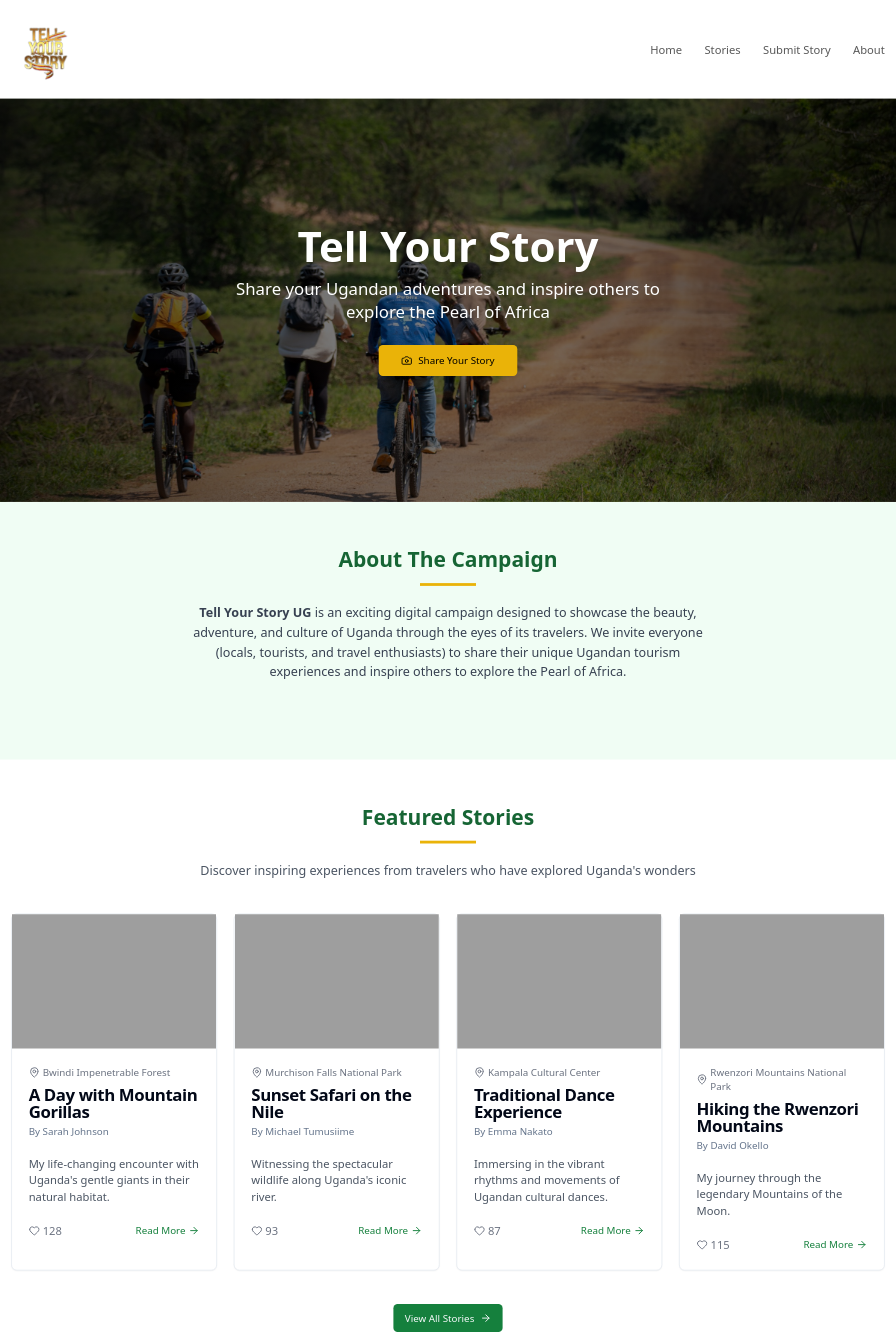
Repository: kaizoku010/take.part
Page: /
The author's editor kept a copy of each file at every save. The page is drawn from the files as they stood at one save, then again after a run of saves.
The browser window is 1280 px wide. The pictures show the part of the page from y = 0 to 1920 px (the page is 3364 px tall), at 70% of full size.
Pictures or frames that could not be fetched are drawn as grey boxes. The project was rebuilt for these pictures with package versions that can differ from the ones it lists, and the page was loaded fresh each time. Also part of the build but not shown: vite.config.ts, src/components/ui/tooltip.tsx, src/pages/About.tsx, src/components/ui/input.tsx, src/pages/Stories.tsx, src/pages/StoryDetail.tsx, src/components/ui/use-toast.ts, src/components/ui/label.tsx and 3 more.

Above is the page before, as saved 2025-04-14 14:07:17.

### index.html

<!DOCTYPE html>
<html lang="en">
  <head>
    <meta charset="UTF-8" />
    <meta name="viewport" content="width=device-width, initial-scale=1.0" />
    <title>Tell Your Story UG - Explore Uganda</title>
    <meta name="description" content="Share your Ugandan tourism experiences and inspire others to explore the Pearl of Africa" />
    <meta name="author" content="Explore Uganda Campaign" />

    <meta property="og:title" content="Tell Your Story UG - Explore Uganda" />
    <meta property="og:description" content="Share your Ugandan tourism experiences and inspire others to explore the Pearl of Africa" />
    <meta property="og:type" content="website" />
    <meta property="og:image" content="https://lovable.dev/opengraph-image-p98pqg.png" />

    <meta name="twitter:card" content="summary_large_image" />
    <meta name="twitter:site" content="@lovable_dev" />
    <meta name="twitter:image" content="https://lovable.dev/opengraph-image-p98pqg.png" />

    <!-- Meta Pixel Code -->
    <script>
    !function(f,b,e,v,n,t,s)
    {if(f.fbq)return;n=f.fbq=function(){n.callMethod?
    n.callMethod.apply(n,arguments):n.queue.push(arguments)};
    if(!f._fbq)f._fbq=n;n.push=n;n.loaded=!0;n.version='2.0';
    n.queue=[];t=b.createElement(e);t.async=!0;
    t.src=v;s=b.getElementsByTagName(e)[0];
    s.parentNode.insertBefore(t,s)}(window, document,'script',
    'https://connect.facebook.net/en_US/fbevents.js');
    fbq('init', '1846327909352916');
    fbq('track', 'PageView');
    </script>
    <!-- End Meta Pixel Code -->
  </head>

  <body>
    <div id="root"></div>
    <!-- Facebook Pixel noscript -->
    <noscript><img height="1" width="1" style="display:none"
    src="https://www.facebook.com/tr?id=1846327909352916&ev=PageView&noscript=1"
    /></noscript>
    <!-- IMPORTANT: DO NOT REMOVE THIS SCRIPT TAG OR THIS VERY COMMENT! -->
    <script src="https://cdn.gpteng.co/gptengineer.js" type="module"></script>
    <script type="module" src="/src/main.tsx"></script>
  </body>
</html>

### src/App.tsx

import { Toaster } from "@/components/ui/toaster";
import { Toaster as Sonner } from "@/components/ui/sonner";
import { TooltipProvider } from "@/components/ui/tooltip";
import { QueryClient, QueryClientProvider } from "@tanstack/react-query";
import { BrowserRouter, Routes, Route } from "react-router-dom";
import Home from "./pages/Home";
import About from "./pages/About";
import Stories from "./pages/Stories";
import StoryDetail from "./pages/StoryDetail";
import SubmitStory from "./pages/SubmitStory";
import NotFound from "./pages/NotFound";
import "./mdx.css";

const queryClient = new QueryClient();

const App = () => (
  <QueryClientProvider client={queryClient}>
    <TooltipProvider>
      <Toaster />
      <Sonner />
      <BrowserRouter>
        <Routes>
          <Route path="/" element={<Home />} />
          <Route path="/about" element={<About />} />
          <Route path="/stories" element={<Stories />} />
          <Route path="/stories/:id" element={<StoryDetail />} />
          <Route path="/submit-story" element={<SubmitStory />} />
          {/* ADD ALL CUSTOM ROUTES ABOVE THE CATCH-ALL "*" ROUTE */}
          <Route path="*" element={<NotFound />} />
        </Routes>
      </BrowserRouter>
    </TooltipProvider>
  </QueryClientProvider>
);

export default App;

### src/index.css
@tailwind base;
@tailwind components;
@tailwind utilities;

@layer base {
  :root {
    --background: 0 0% 100%;
    --foreground: 222.2 84% 4.9%;

    --card: 0 0% 100%;
    --card-foreground: 222.2 84% 4.9%;

    --popover: 0 0% 100%;
    --popover-foreground: 222.2 84% 4.9%;

    --primary: 41.81deg 100% 49.8%;
    --primary-foreground: 210 40% 98%;

    --secondary: 210 40% 96.1%;
    --secondary-foreground: 222.2 47.4% 11.2%;

    --muted: 210 40% 96.1%;
    --muted-foreground: 215.4 16.3% 46.9%;

    --accent: 210 40% 96.1%;
    --accent-foreground: 222.2 47.4% 11.2%;

    --destructive: 0 84.2% 60.2%;
    --destructive-foreground: 210 40% 98%;

    --border: 214.3 31.8% 91.4%;
    --input: 214.3 31.8% 91.4%;
    --ring: 222.2 84% 4.9%;

    --radius: 0.5rem;

    --sidebar-background: 0 0% 98%;

    --sidebar-foreground: 240 5.3% 26.1%;

    --sidebar-primary: 240 5.9% 10%;

    --sidebar-primary-foreground: 0 0% 98%;

    --sidebar-accent: 240 4.8% 95.9%;

    --sidebar-accent-foreground: 240 5.9% 10%;

    --sidebar-border: 220 13% 91%;

    --sidebar-ring: 217.2 91.2% 59.8%;
  }

  .dark {
    --background: 222.2 84% 4.9%;
    --foreground: 210 40% 98%;

    --card: 222.2 84% 4.9%;
    --card-foreground: 210 40% 98%;

    --popover: 222.2 84% 4.9%;
    --popover-foreground: 210 40% 98%;

 /* Main color: Orange/Gold (41.81deg 100% 49.8%) */
 --primary: 41.81 100% 49.8%;
 --primary-foreground: 210 40% 98%;

 /* Secondary/Accent color: Rust Red (5.38deg 63.88% 44.51%) */
 --secondary: 5.38 63.88% 44.51%;
 --secondary-foreground: 210 40% 98%;

    --muted: 217.2 32.6% 17.5%;
    --muted-foreground: 215 20.2% 65.1%;

    --accent: 217.2 32.6% 17.5%;
    --accent-foreground: 210 40% 98%;

    --destructive: 0 62.8% 30.6%;
    --destructive-foreground: 210 40% 98%;

    --border: 217.2 32.6% 17.5%;
    --input: 217.2 32.6% 17.5%;
    --ring: 212.7 26.8% 83.9%;
    --sidebar-background: 240 5.9% 10%;
    --sidebar-foreground: 240 4.8% 95.9%;
    --sidebar-primary: 224.3 76.3% 48%;
    --sidebar-primary-foreground: 0 0% 100%;
    --sidebar-accent: 240 3.7% 15.9%;
    --sidebar-accent-foreground: 240 4.8% 95.9%;
    --sidebar-border: 240 3.7% 15.9%;
    --sidebar-ring: 217.2 91.2% 59.8%;
  }
}

@layer base {
  * {
    @apply border-border;
  }

  body {
    @apply bg-background text-foreground;
  }
}

### src/components/ui/toaster.tsx
import { useToast } from "@/hooks/use-toast"
import {
  Toast,
  ToastClose,
  ToastDescription,
  ToastProvider,
  ToastTitle,
  ToastViewport,
} from "@/components/ui/toast"

export function Toaster() {
  const { toasts } = useToast()

  return (
    <ToastProvider>
      {toasts.map(function ({ id, title, description, action, ...props }) {
        return (
          <Toast key={id} {...props}>
            <div className="grid gap-1">
              {title && <ToastTitle>{title}</ToastTitle>}
              {description && (
                <ToastDescription>{description}</ToastDescription>
              )}
            </div>
            {action}
            <ToastClose />
          </Toast>
        )
      })}
      <ToastViewport />
    </ToastProvider>
  )
}

### src/components/ui/sonner.tsx
import { useTheme } from "next-themes"
import { Toaster as Sonner, toast } from "sonner"

type ToasterProps = React.ComponentProps<typeof Sonner>

const Toaster = ({ ...props }: ToasterProps) => {
  const { theme = "system" } = useTheme()

  return (
    <Sonner
      theme={theme as ToasterProps["theme"]}
      className="toaster group"
      toastOptions={{
        classNames: {
          toast:
            "group toast group-[.toaster]:bg-background group-[.toaster]:text-foreground group-[.toaster]:border-border group-[.toaster]:shadow-lg",
          description: "group-[.toast]:text-muted-foreground",
          actionButton:
            "group-[.toast]:bg-primary group-[.toast]:text-primary-foreground",
          cancelButton:
            "group-[.toast]:bg-muted group-[.toast]:text-muted-foreground",
        },
      }}
      {...props}
    />
  )
}

export { Toaster, toast }

### src/mdx.css
/* #hero-text{
    font-size: medium !important;
} */

#logo{
    width: 6rem !important;
}

#link{
color:rgba(0, 0, 0, 0.658) !important;
}

### src/components/ui/button.tsx
import * as React from "react"
import { Slot } from "@radix-ui/react-slot"
import { cva, type VariantProps } from "class-variance-authority"

import { cn } from "@/lib/utils"

const buttonVariants = cva(
  "inline-flex items-center justify-center gap-2 whitespace-nowrap rounded-md text-sm font-medium ring-offset-background transition-colors focus-visible:outline-none focus-visible:ring-2 focus-visible:ring-ring focus-visible:ring-offset-2 disabled:pointer-events-none disabled:opacity-50 [&_svg]:pointer-events-none [&_svg]:size-4 [&_svg]:shrink-0",
  {
    variants: {
      variant: {
        default: "bg-primary text-primary-foreground hover:bg-primary/90",
        destructive:
          "bg-destructive text-destructive-foreground hover:bg-destructive/90",
        outline:
          "border border-input bg-background hover:bg-accent hover:text-accent-foreground",
        secondary:
          "bg-secondary text-secondary-foreground hover:bg-secondary/80",
        ghost: "hover:bg-accent hover:text-accent-foreground",
        link: "text-primary underline-offset-4 hover:underline",
      },
      size: {
        default: "h-10 px-4 py-2",
        sm: "h-9 rounded-md px-3",
        lg: "h-11 rounded-md px-8",
        icon: "h-10 w-10",
      },
    },
    defaultVariants: {
      variant: "default",
      size: "default",
    },
  }
)

export interface ButtonProps
  extends React.ButtonHTMLAttributes<HTMLButtonElement>,
    VariantProps<typeof buttonVariants> {
  asChild?: boolean
}

const Button = React.forwardRef<HTMLButtonElement, ButtonProps>(
  ({ className, variant, size, asChild = false, ...props }, ref) => {
    const Comp = asChild ? Slot : "button"
    return (
      <Comp
        className={cn(buttonVariants({ variant, size, className }))}
        ref={ref}
        {...props}
      />
    )
  }
)
Button.displayName = "Button"

export { Button, buttonVariants }

### src/components/ui/card.tsx
import * as React from "react"

import { cn } from "@/lib/utils"

const Card = React.forwardRef<
  HTMLDivElement,
  React.HTMLAttributes<HTMLDivElement>
>(({ className, ...props }, ref) => (
  <div
    ref={ref}
    className={cn(
      "rounded-lg border bg-card text-card-foreground shadow-sm",
      className
    )}
    {...props}
  />
))
Card.displayName = "Card"

const CardHeader = React.forwardRef<
  HTMLDivElement,
  React.HTMLAttributes<HTMLDivElement>
>(({ className, ...props }, ref) => (
  <div
    ref={ref}
    className={cn("flex flex-col space-y-1.5 p-6", className)}
    {...props}
  />
))
CardHeader.displayName = "CardHeader"

const CardTitle = React.forwardRef<
  HTMLParagraphElement,
  React.HTMLAttributes<HTMLHeadingElement>
>(({ className, ...props }, ref) => (
  <h3
    ref={ref}
    className={cn(
      "text-2xl font-semibold leading-none tracking-tight",
      className
    )}
    {...props}
  />
))
CardTitle.displayName = "CardTitle"

const CardDescription = React.forwardRef<
  HTMLParagraphElement,
  React.HTMLAttributes<HTMLParagraphElement>
>(({ className, ...props }, ref) => (
  <p
    ref={ref}
    className={cn("text-sm text-muted-foreground", className)}
    {...props}
  />
))
CardDescription.displayName = "CardDescription"

const CardContent = React.forwardRef<
  HTMLDivElement,
  React.HTMLAttributes<HTMLDivElement>
>(({ className, ...props }, ref) => (
  <div ref={ref} className={cn("p-6 pt-0", className)} {...props} />
))
CardContent.displayName = "CardContent"

const CardFooter = React.forwardRef<
  HTMLDivElement,
  React.HTMLAttributes<HTMLDivElement>
>(({ className, ...props }, ref) => (
  <div
    ref={ref}
    className={cn("flex items-center p-6 pt-0", className)}
    {...props}
  />
))
CardFooter.displayName = "CardFooter"

export { Card, CardHeader, CardFooter, CardTitle, CardDescription, CardContent }

### src/components/layout/Layout.tsx

import { ReactNode } from "react";
import Header from "./Header";
import Footer from "./Footer";

interface LayoutProps {
  children: ReactNode;
}

const Layout = ({ children }: LayoutProps) => {
  return (
    <div className="flex flex-col min-h-screen">
      <Header />
      <main className="flex-grow">
        {children}
      </main>
      <Footer />
    </div>
  );
};

export default Layout;

### src/components/layout/Footer.tsx

import { Facebook, Instagram, Twitter } from "lucide-react";
import { Link } from "react-router-dom";

const Footer = () => {
  return (
    <footer className="bg-green-900 text-white py-8">
      <div className="container mx-auto px-4">
        <div className="grid grid-cols-1 md:grid-cols-3 gap-8">
          <div>
            <h3 className="text-xl font-bold mb-4">Tell Your Story UG</h3>
            <p className="text-gray-300">
              Showcasing the beauty, adventure, and culture of Uganda through the eyes of its travelers.
            </p>
          </div>

          <div>
            <h3 className="text-xl font-bold mb-4">Quick Links</h3>
            <ul className="space-y-2">
              <li><Link to="/" className="text-gray-300 hover:text-yellow-400 transition-colors">Home</Link></li>
              <li><Link to="/stories" className="text-gray-300 hover:text-yellow-400 transition-colors">Stories</Link></li>
              <li><Link to="/submit-story" className="text-gray-300 hover:text-yellow-400 transition-colors">Submit Story</Link></li>
              <li><Link to="/about" className="text-gray-300 hover:text-yellow-400 transition-colors">About</Link></li>
            </ul>
          </div>

          <div>
            <h3 className="text-xl font-bold mb-4">Connect With Us</h3>
            <div className="flex space-x-4">
              <a href="https://facebook.com" target="_blank" rel="noopener noreferrer" className="hover:text-yellow-400 transition-colors">
                <Facebook size={24} />
              </a>
              <a href="https://twitter.com" target="_blank" rel="noopener noreferrer" className="hover:text-yellow-400 transition-colors">
                <Twitter size={24} />
              </a>
              <a href="https://instagram.com" target="_blank" rel="noopener noreferrer" className="hover:text-yellow-400 transition-colors">
                <Instagram size={24} />
              </a>
            </div>
            <p className="mt-4 text-gray-300">
              Email: <a href="mailto:info@tellyourstoryug.com" className="hover:text-yellow-400 transition-colors">info@tellyourstoryug.com</a>
            </p>
          </div>
        </div>

        <div className="mt-8 pt-4 border-t border-green-800 text-center text-gray-300">
          <p>&copy; {new Date().getFullYear()} Tell Your Story UG. All rights reserved.</p>
        </div>
      </div>
    </footer>
  );
};

export default Footer;

### tailwind.config.ts
import type { Config } from "tailwindcss";

export default {
	darkMode: ["class"],
	content: [
		"./pages/**/*.{ts,tsx}",
		"./components/**/*.{ts,tsx}",
		"./app/**/*.{ts,tsx}",
		"./src/**/*.{ts,tsx}",
	],
	prefix: "",
	theme: {
		container: {
			center: true,
			padding: '2rem',
			screens: {
				'2xl': '1400px'
			}
		},
		extend: {
			colors: {
				main: 'hsl(41.81deg 100% 49.8%)',
				accent: 'hsl(5.38deg 63.88% 44.51%)',
				border: 'hsl(var(--border))',
				input: 'hsl(var(--input))',
				ring: 'hsl(var(--ring))',
				background: 'hsl(var(--background))',
				foreground: 'hsl(var(--foreground))',
				primary: {
					DEFAULT: 'hsl(var(--primary))',
					foreground: 'hsl(var(--primary-foreground))'
				},
				secondary: {
					DEFAULT: 'hsl(var(--secondary))',
					foreground: 'hsl(var(--secondary-foreground))'
				},
				destructive: {
					DEFAULT: 'hsl(var(--destructive))',
					foreground: 'hsl(var(--destructive-foreground))'
				},
				muted: {
					DEFAULT: 'hsl(var(--muted))',
					foreground: 'hsl(var(--muted-foreground))'
				},
				// accent: {
				// 	DEFAULT: 'hsl(var(--accent))',
				// 	foreground: 'hsl(var(--accent-foreground))'
				// },
				popover: {
					DEFAULT: 'hsl(var(--popover))',
					foreground: 'hsl(var(--popover-foreground))'
				},
				card: {
					DEFAULT: 'hsl(var(--card))',
					foreground: 'hsl(var(--card-foreground))'
				},
				sidebar: {
					DEFAULT: 'hsl(var(--sidebar-background))',
					foreground: 'hsl(var(--sidebar-foreground))',
					primary: 'hsl(var(--sidebar-primary))',
					'primary-foreground': 'hsl(var(--sidebar-primary-foreground))',
					accent: 'hsl(var(--sidebar-accent))',
					'accent-foreground': 'hsl(var(--sidebar-accent-foreground))',
					border: 'hsl(var(--sidebar-border))',
					ring: 'hsl(var(--sidebar-ring))'
				}
			},
			borderRadius: {
				lg: 'var(--radius)',
				md: 'calc(var(--radius) - 2px)',
				sm: 'calc(var(--radius) - 4px)'
			},
			keyframes: {
				'accordion-down': {
					from: {
						height: '0'
					},
					to: {
						height: 'var(--radix-accordion-content-height)'
					}
				},
				'accordion-up': {
					from: {
						height: 'var(--radix-accordion-content-height)'
					},
					to: {
						height: '0'
					}
				}
			},
			animation: {
				'accordion-down': 'accordion-down 0.2s ease-out',
				'accordion-up': 'accordion-up 0.2s ease-out'
			}
		}
	},
	plugins: [require("tailwindcss-animate")],
} satisfies Config;

Loaded but not shown: src/main.tsx (common file); src/hooks/use-toast.ts (common file); src/lib/utils.ts (common file); src/pages/Home.tsx (235 lines, source omitted); src/components/ui/carousel.tsx (260 lines, source omitted); src/components/ui/toast.tsx (127 lines, source omitted); src/components/layout/Header.tsx (84 lines, source omitted)

After the next 2 saves:
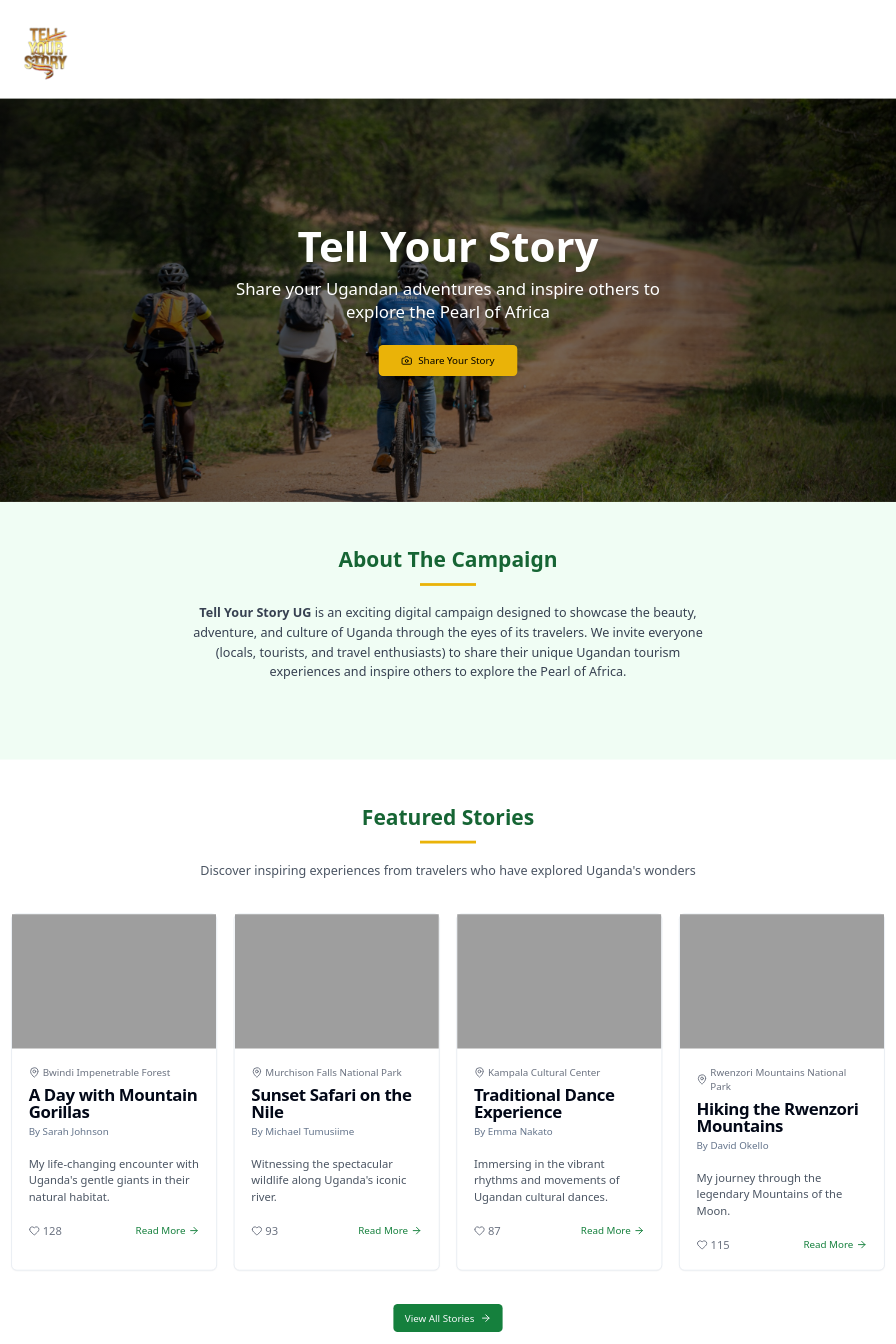
The 2 saves are shown as one change because they came seconds apart.
The last was saved 8 s later.
--- a/src/mdx.css
+++ b/src/mdx.css
@@ -7,5 +7,6 @@
 }
 
 #link{
+    font
 color:rgba(0, 0, 0, 0.658) !important;
 }

After the 2 saves that followed:
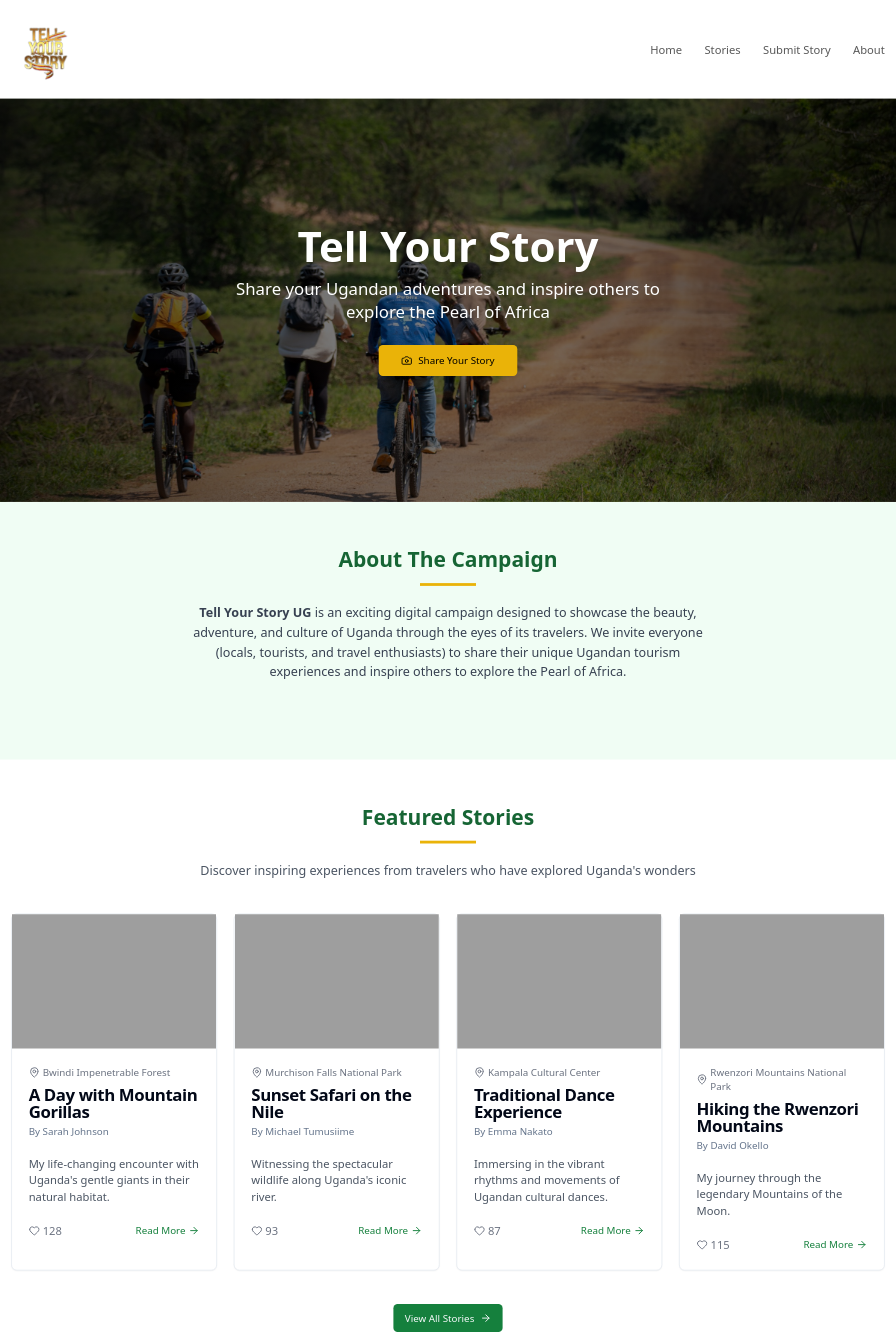
The 2 saves are shown as one change because they came seconds apart.
The last was saved 6 s later.
--- a/src/mdx.css
+++ b/src/mdx.css
@@ -7,6 +7,6 @@
 }
 
 #link{
-    font
+    font-weight: 400;
 color:rgba(0, 0, 0, 0.658) !important;
 }
